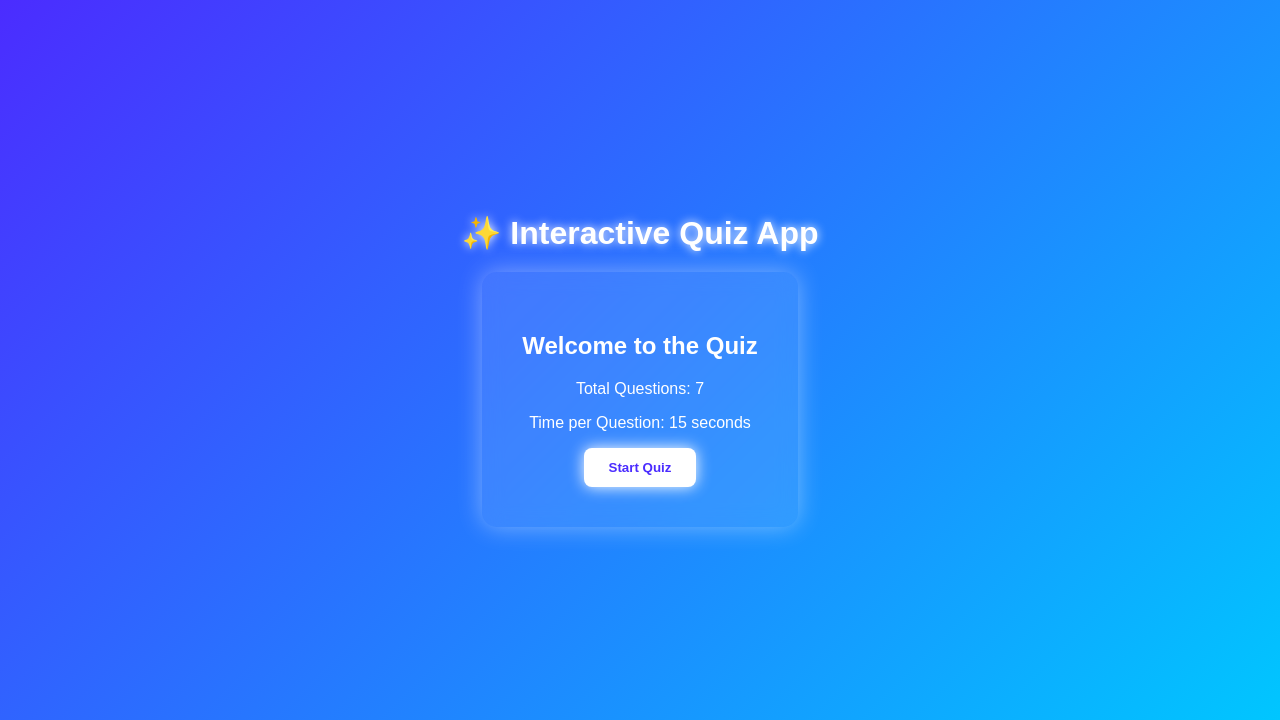
Repository: fatimaqueen9967-eng/SyntacexhubQuizApp
Page: index.html
These files come from the project's save history. The page is drawn as it stood at one moment and after a run of saves; the edit follows.
The browser window is 1280 px wide. The pictures show the whole page.

Above is the page before, as saved 2026-03-15 20:29:27.

After the next 2 saves:
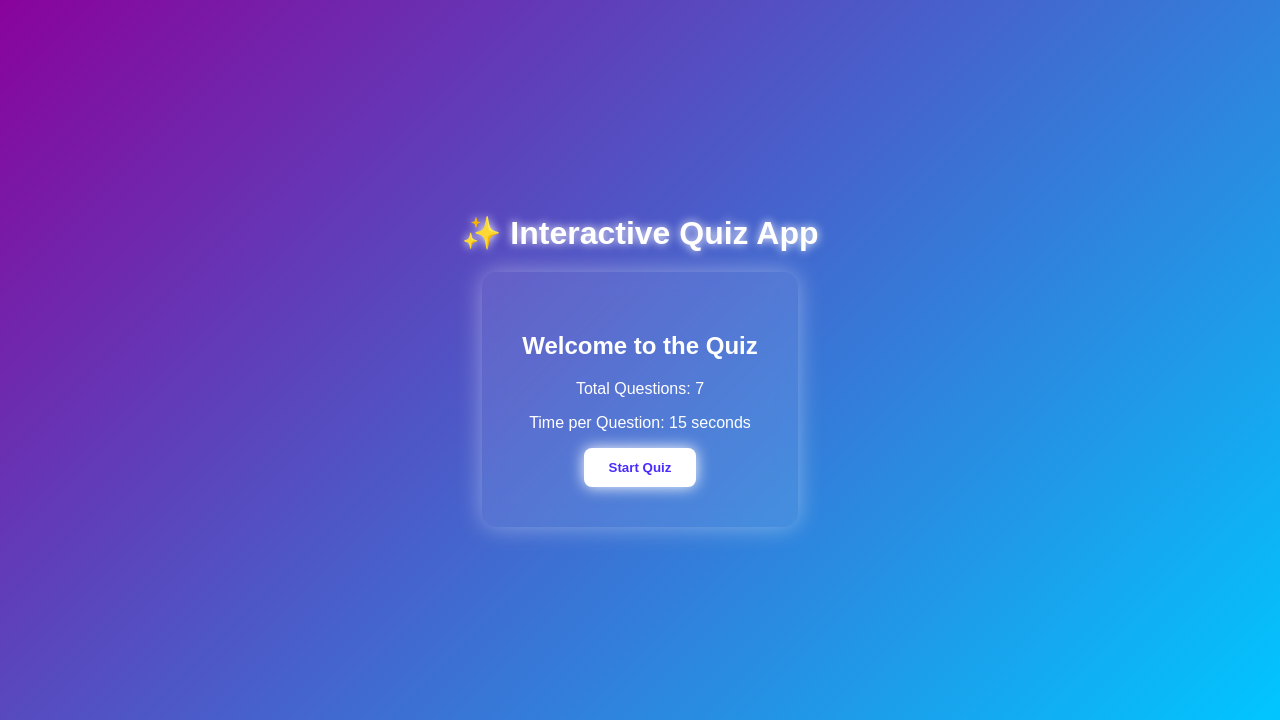
The 2 saves are shown as one change because they came seconds apart.
The last was saved 75 s later.
--- a/style.css
+++ b/style.css
@@ -1,5 +1,5 @@
 body{
-background:linear-gradient(135deg,#4b2cff,#00c6ff);
+background:linear-gradient(135deg,#89039b,#00c6ff);
 font-family:Arial;
 display:flex;
 flex-direction:column;
